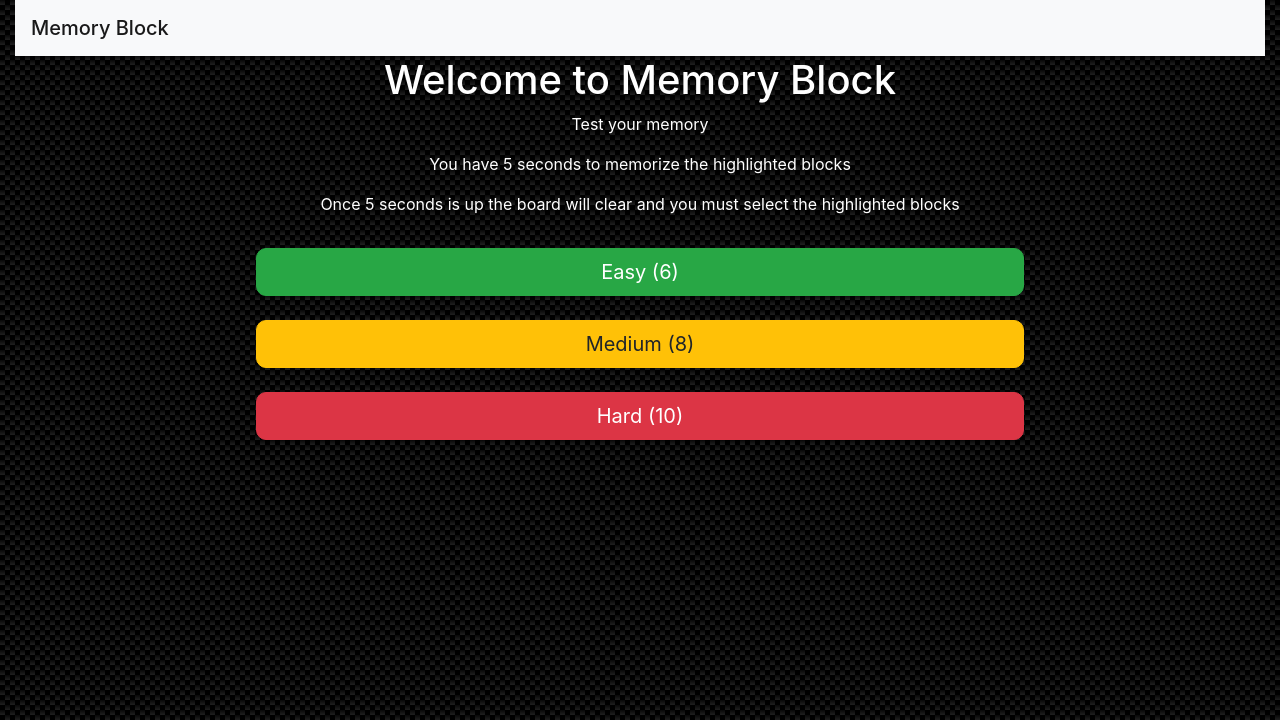
Repository: chrisrees85/memory-block
Page: index.html
The author's editor kept a record of every edit. The page is drawn from the files as they stood at one moment, then again after the next edit.
The browser window is 1280 px wide. The pictures show the whole page.

Above is the page before.
Console error: TypeError: Cannot set properties of null (setting 'innerHTML')

### index.html
<!DOCTYPE html>
<html lang="en">

<head>
    <meta charset="UTF-8">
    <meta name="viewport" content="width=device-width, initial-scale=1.0">
    <meta http-equiv="X-UA-Compatible" content="ie=edge">
    <title>Memory Block</title>
    <link rel="stylesheet" href="https://stackpath.bootstrapcdn.com/bootstrap/4.3.1/css/bootstrap.min.css" integrity="sha384-ggOyR0iXCbMQv3Xipma34MD+dH/1fQ784/j6cY/iJTQUOhcWr7x9JvoRxT2MZw1T" crossorigin="anonymous">
    <link rel="stylesheet" href="assets/css/style.css" type="text/css" />
</head>

<body>
    <div class="container-fluid">
        <nav class="navbar navbar-light bg-light">
            <span class="navbar-brand mb-0 h1">Memory Block</span>
        </nav>


        <div class="row">
            <div class="col">
                <h1 class="center">Welcome to Memory Block</h1>
            </div>
        </div>
        <div class="row">
            <div class="col">
                <p class="center">Test your memory</p>
                <p class="center">You have 5 seconds to memorize the highlighted blocks</p>
                <p class="center">Once 5 seconds is up the board will clear and you must select the highlighted blocks</p>
            </div>
        </div>
        <div class="row">
            <div class="col">
                <p class="center"></p>
            </div>
        </div>

        <div class="row">
            <div class="col">
                <a href="easy.html" class="btn btn-success btn-lg btn-block center-btn" id="easy-btn">Easy (6)</a>
            </div>
        </div>
        </br>
        <div class="row">
            <div class="col">
                <a href="medium.html" class="btn btn-warning btn-lg btn-block center-btn" id="medium-btn">Medium (8)</a>
            </div>
        </div>
        </br>
        <div class="row">
            <div class="col">
                <a href="hard.html" class="btn btn-danger btn-lg btn-block center-btn" id="hard-btn">Hard (10)</a>
            </div>
        </div>
    </div>

    <script src="https://code.jquery.com/jquery-3.3.1.slim.min.js" integrity="sha384-q8i/X+965DzO0rT7abK41JStQIAqVgRVzpbzo5smXKp4YfRvH+8abtTE1Pi6jizo" crossorigin="anonymous"></script>
    <script src="https://cdnjs.cloudflare.com/ajax/libs/popper.js/1.14.7/umd/popper.min.js" integrity="sha384-UO2eT0CpHqdSJQ6hJty5KVphtPhzWj9WO1clHTMGa3JDZwrnQq4sF86dIHNDz0W1" crossorigin="anonymous"></script>
    <script src="https://stackpath.bootstrapcdn.com/bootstrap/4.3.1/js/bootstrap.min.js" integrity="sha384-JjSmVgyd0p3pXB1rRibZUAYoIIy6OrQ6VrjIEaFf/nJGzIxFDsf4x0xIM+B07jRM" crossorigin="anonymous"></script>
    <script type="text/javascript" src="assets/js/scripts.js"></script>
</body>

</html>

### assets/css/style.css
* {
  padding: 0;
  margin: 0;
  box-sizing: border-box;
}

body {
  background-color: rgb(32, 32, 32);
  background-image: linear-gradient(45deg, black 25%, transparent 25%, transparent 75%, black 75%, black), linear-gradient(45deg, black 25%, transparent 25%, transparent 75%, black 75%, black), linear-gradient(to bottom, rgb(8, 8, 8), rgb(32, 32, 32));
  background-size: 10px 10px, 10px 10px, 10px 5px;
  background-position: 0px 0px, 5px 5px, 0px 0px;
}

h1, p{
  color:white;
}

.navbar-dark{
  background-color: rgba(0,0,0,0)!important;
}

.center {
  text-align: center;
}

.btn-lg{
  width:60vw;
  margin:auto;
  border-radius: 10px;
}

.board {
  width: 80vw;
  height:calc(72vh + 18px);
  margin: auto;
  border:5px solid white;
}

.tiles {
  background-color: rgba(255,255,255,0.5);
  height: 18vh;
  border-radius: 10px;
  margin: 1px;
}

.btn-right {
  margin-right: 10vw;
  float: right;
}

#btn,
#play-btn {
  width: 27vw;
  border-radius: 10px;
  background-color: white;
  color:black;
}

.blue{
  background-color: blue;
  transform: rotateY(-0deg);
  transition: transform 0.5s;
}

.green {
  background-color: green;
  transform: rotateY(180deg);
  transition: transform 0.5s;
}

.modal-dialog {
  padding-top: 200px;
}

### assets/js/scripts.js
let blocks = Array.from(document.querySelectorAll('.block'));
let buttonDiv = document.getElementById('btn');
let blocksLength = blocks.length;
let score = 0;

// First function of the play button

function startButton() {
    buttonDiv.innerHTML = '<button type="button" class="btn btn-primary btn-lg" id="play-btn" onclick="onClick();">Start</button>';
}
startButton();

// Function performs when first button function is pressed

function onClick() {
    // Renders the button inactive so the user can't keep calling onClick function
    buttonDiv.innerHTML = '<button type="button" class="btn btn-primary btn-lg" id="play-btn">Start</button>';

    // Countdown timer shown in the button text
    // Once time is up the buttons function changes to check users attempt
    let timeleft = 5;
    let countdownTimer = setInterval(function() {
        buttonDiv.innerHTML = '<button type="button" class="btn btn-primary btn-lg" id="play-btn"></button>';
        document.getElementById('play-btn').textContent = timeleft;
        timeleft -= 1;
        if (timeleft < 0) {
            clearInterval(countdownTimer);
            buttonDiv.innerHTML = '<button type="button" class="btn btn-primary btn-lg" id="play-btn" onclick="checkAttempt();" data-toggle="modal" data-target="#exampleModal">Check</button>';
        }
    }, 1000);

    // Shuffles the blocks array into a random order
    let i = blocksLength,
        rand, temp;
    while (--i > 0) {
        rand = Math.floor(Math.random() * (i + 1));
        temp = blocks[rand];
        blocks[rand] = blocks[i];
        blocks[i] = temp;
    }

    // Selects half of the shuffled array and adds the color class
    let bottomHalfblocks = blocks.slice(blocksLength / 2, blocksLength);
    bottomHalfblocks.forEach(function(i) {
        i.classList.replace('blue', 'green');
    });

    // Replaces the color class with an unused class after 6 seconds
    function clearBoard() {
        bottomHalfblocks.map(function(i) {
            i.classList.replace('green', 'blue');
            i.classList.add('marker')
        });
    }
    setTimeout(clearBoard, 6000);
    console.log(blocks);

    // Activates the users ability to click and change the block color 6 seconds after the start button is pressed
    function allowUserClick() {
        blocks.forEach(function(i) {
            i.addEventListener('click', tileClicked);
        });

        function tileClicked() {
            this.classList.toggle('green');
            this.classList.toggle('blue');
        }
    }
    setTimeout(allowUserClick, 6000);
}

let modalBtn1 = document.getElementById('modal-btn1');
let modalBtn2 = document.getElementById('modal-btn2');
// Function checks the users answers on clicking the check button and displays a modal
function checkAttempt() {

    // Loops through the blocks array and increments 1 to the score if a condition is true
    function checkClasses() {
        blocks.forEach(function(it) {
            if ((it.classList.contains('marker')) && (it.classList.contains('green'))) {
                score++;
            }
            else if ((it.classList.contains('green')) && !(it.classList.contains('marker'))) {
                score = blocksLength;
            }
        });
    }
    checkClasses();

    // Modal either gives a yes or no answer as to whether the user has succeeded
    if (score == blocksLength / 2) {
        document.getElementById('modal-head').textContent = ('CONGRATULATIONS!');
        document.getElementById('modal-text').textContent = ('You did it! why not do it again');
        modalBtn1.innerHTML = '<button type="button" class="btn btn-primary" onclick="location.reload();">New Game</button>';
        modalBtn2.innerHTML = '';
    }
    else {
        document.getElementById('modal-head').textContent = ('SORRY NOT THIS TIME!');
        document.getElementById('modal-text').textContent = ('See why and try again');
        modalBtn1.innerHTML = '<button type="button" class="btn btn-primary" data-dismiss="modal" onclick="reveal();">Reveal</button>';
        modalBtn2.innerHTML = '<button type="button" class="btn btn-primary" data-dismiss="modal" onclick="retry();">Try Again</button>';
    }
    // resets the score to 0 to keep the users attempt accurate
    score = 0;
}

function retry() {
    blocks.forEach(function(it) {
        if (it.classList.contains('green')) {
            it.classList.replace('green', 'blue');
        }
    });
}

// Replaces green class with blue class
function reveal() {
    buttonDiv.innerHTML = '<button type="button" class="btn btn-primary btn-lg" id="play-btn" onclick="location.reload();">New Game</button>';
    blocks.forEach(function(it) {
        if ((it.classList.contains('green')) && !(it.classList.contains('marker'))) {
            it.classList.replace('green', 'blue');
        }
        else if (!(it.classList.contains('green')) && (it.classList.contains('marker'))) {
            it.classList.replace('blue', 'green');
        }
    });
}

After the next edit:
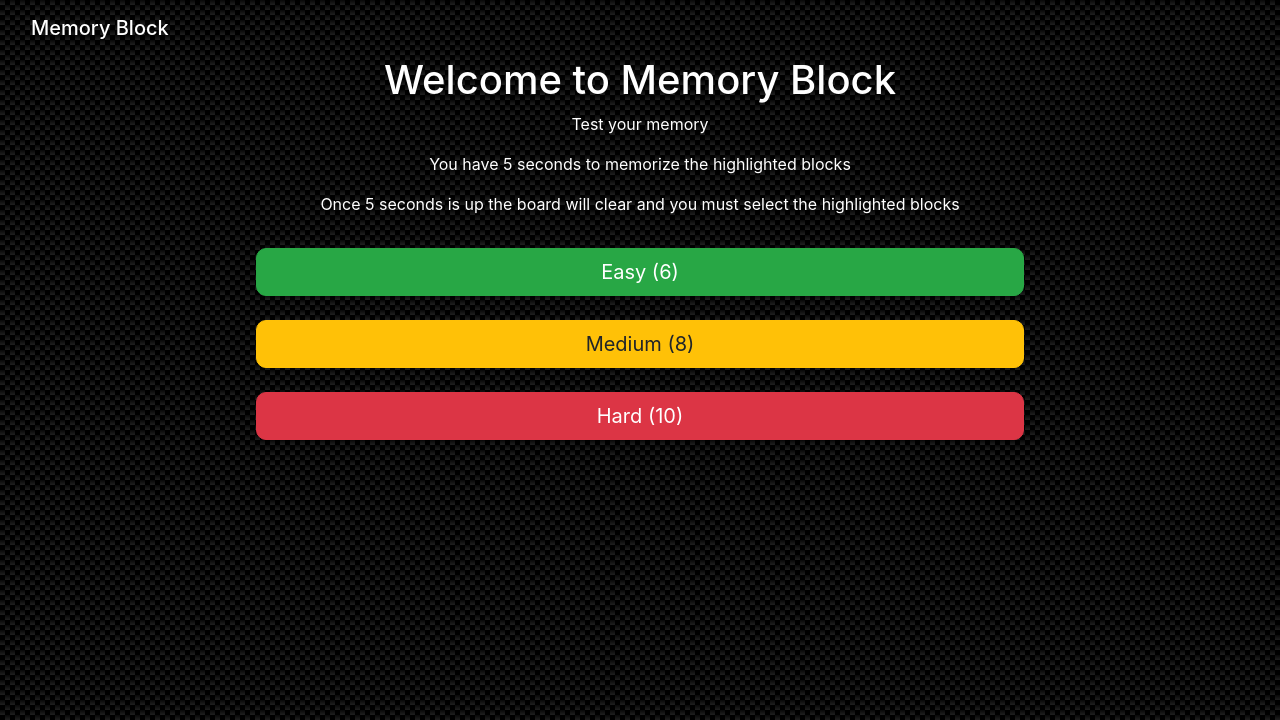
The edit:
--- a/index.html
+++ b/index.html
@@ -12,7 +12,7 @@
 
 <body>
     <div class="container-fluid">
-        <nav class="navbar navbar-light bg-light">
+        <nav class="navbar navbar-dark bg-dark nav-color">
             <span class="navbar-brand mb-0 h1">Memory Block</span>
         </nav>
 
